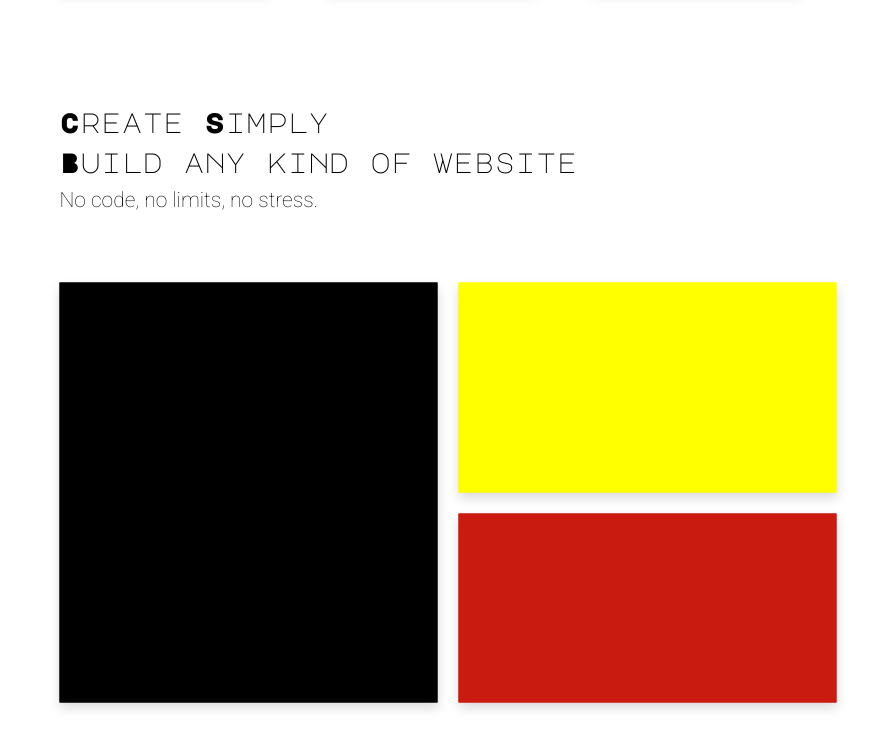
Repository: latenightsnacc/TriSpace
Page: home.html
These files come from the project's save history. The page is drawn as it stood at one moment and after the next save; the edit follows.
The browser window is 1280 px wide. The pictures show the part of the page from y = 2201 to 4121 px (the page is 3253 px tall before and 4121 px after), at 70% of full size.
The style sheet was rebuilt from its Sass, Less or Tailwind sources for each picture, by a compiler version that may differ from the author's.

Above is the page before, as saved 2020-11-20 10:07:00.

### home.html
<!DOCTYPE html>
<html lang="en">
<head>
    <meta charset="UTF-8">
    <meta name="viewport" content="width=device-width, initial-scale=1.0">
    <!--Tailwind CDN-->
    <link rel="stylesheet" href="https://cdnjs.cloudflare.com/ajax/libs/tailwindcss/1.9.6/base.min.css" integrity="sha512-hEjkvMSM0ql6VJcNK0gTmjt9ar8F2yHeBUbJKtyvQhkkbGMhiJ4+MaiB8XxsthLAHJx5vy2I9dN0un8HiWG2LA==" crossorigin="anonymous" />
    <link rel="stylesheet" href="https://cdnjs.cloudflare.com/ajax/libs/tailwindcss/1.9.6/components.min.css" integrity="sha512-TizAONqhvXjEfRPhptSUkZNVU497PzAnXNGNUoeOjeni4dHpJ+ak+ZsyoGna20LH/yg1PvdufN1VbnVQeVDftg==" crossorigin="anonymous" />
    <link rel="stylesheet" href="https://cdnjs.cloudflare.com/ajax/libs/tailwindcss/1.9.6/tailwind.css" integrity="sha512-HY1FOTeAX9idUBWDhVDrBg8QUHBisKVQ4BCVj1jFo5z76mk87w4Rr5YGP8nBkcGmoMzqYvdeXHMOg/olF45z3g==" crossorigin="anonymous" />
    <link rel="stylesheet" href="https://cdnjs.cloudflare.com/ajax/libs/tailwindcss/1.9.6/utilities.min.css" integrity="sha512-0QJfuLKyYJWGB5hKArJW67xqMLDlR8YaLM/ZuW2mRn4NRwHNsGm7UuREc5Fu7jONHyewPKnGODY0N8G+FQbfxg==" crossorigin="anonymous" />
    <!--Bootstrap CDN-->
    <link rel="stylesheet" href="https://cdn.jsdelivr.net/npm/bootstrap@4.5.3/dist/css/bootstrap.min.css" integrity="sha384-TX8t27EcRE3e/ihU7zmQxVncDAy5uIKz4rEkgIXeMed4M0jlfIDPvg6uqKI2xXr2" crossorigin="anonymous">
    <!--Custom Stylesheet-->
    <link rel="stylesheet" href="styles/stylesheet.css">
    <!--Favicon-->
    <link rel="shortcut icon" href="assets/Logo/TriSpaceIcon.png" type="image/x-icon">
    <title>Home</title>
</head>
<body>
    <!--Wrapper-->
    <div class="wrapper mx-auto">
        <!--Navbar-->
        <nav class="navbar navbar-expand-lg navbar-light fixed-top p-3 mb-5 bg-white rounded" id="navbar">
            <div class="container align-middle">
                <a class="navbar-brand" href="index.html">
                    <img src="assets/Logo/TriSpaceMobileLogo1.png" alt="TriSpace Logo" height="40px" width="70px"/>
                </a>
                <button class="navbar-toggler" type="button" data-toggle="collapse" data-target="#navbarNavDropdown" aria-controls="navbarNavDropdown" aria-expanded="false" aria-label="Toggle navigation">
                <span class="navbar-toggler-icon"></span>
                </button>
                <div class="collapse navbar-collapse" id="navbarNavDropdown">
                <ul class="navbar-nav nav-menu ml-auto align-middle">
                    <li class="nav-item active mr-3">
                    <a class="nav-link" href="index.html">Home</a>
                    </li>
                    <li class="nav-item dropdown mr-3">
                        <a class="nav-link dropdown-toggle" href="products.html" id="navbarDropdownMenuLink" role="button" data-toggle="dropdown" aria-haspopup="true" aria-expanded="false">
                        Products
                        </a>
                        <div class="dropdown-menu" aria-labelledby="navbarDropdownMenuLink">
                        <a class="dropdown-item" href="#">Blog</a>
                        <a class="dropdown-item" href="#">Website</a>
                        <a class="dropdown-item" href="#">E-commerce</a>
                        <a class="dropdown-item" href="#">Domain</a>
                        <a class="dropdown-item" href="#">Hosting</a>
                        </div>
                    </li>
                    <li class="nav-item mr-3">
                    <a class="nav-link" href="pricing.html">Pricing</a>
                    </li>
                    <li class="nav-item mr-3">
                        <a class="nav-link" href="#">Login</a>
                    </li>
                    <li class="nav-item mr-3">
                        <a class="nav-link btn blue text-white px-4 py-3 hover:shadow-2xl" href="#">Get Started</a>
                    </li>
                </ul>
                </div>
            </div>
        </nav>
        <!-- End of Navbar-->

        <!--Banner-->
        <div class="min-h-screen  mt-5" id="banner">
            <div class="container">
                <div class="row pt-5">
                    <!--Banner Text-->
                    <div class="col-xs-12 col-s-12 col-md-6 col-lg-6 col-xl-6">
                        <div class="text-box banner-txt">
                            <h1 class="">Grow your business.<br/> Anywhere, anytime.</h1>
                            <h5 class="span-title py-3 text-2l">Get started for free on TriSpace</h5>
                            <button class="bg-black hover:bg-blue-500 text-white font-bold py-3 px-5 rounded">Start</button>
                        </div>
                    </div>
                    <!--Banner Image-->
                    <div class="col-xs-12 col-s-12 col-md-6 col-lg-6 col-xl-6">
                        <a href="#">
                            <img class="banner-img" src="" alt="banner image"/>
                        </a>
                    </div>
                </div>
            </div>
        </div>
        <!--End of Banner-->

        <!--Services-->
        <div class="min-h-screen mt-5 mb-5" id="services">
            <div class="container">
                <div class="absolute-box">
                    <div class="title-box text-center mb-5">
                        <h2 class="section-title pb-5">Start <span class="section-title">website. </span><span class="color">Sell your products.</span><br/><span class="color">Start a blog.</span> </h2>
                    </div>
                    <div class="images">
                        <div class="img-1 ">
                            <a href="#">
                                <img src="assets/Template-1.jpg" alt="Build a website" />
                            </a>
                        </div>
                        <div class="img-2 motion-reduce:animate-bounce">
                            <a href="#">
                                <img src="assets/Template-1.jpg" alt="Build a website" />
                            </a>
                        </div>
                        <div class="img-3">
                            <a href="#">
                                <img src="assets/Template-1.jpg" alt="Build a website" />
                            </a>
                        </div>
                    </div>
                </div>
            </div>
        </div>
        <!--End of Services-->

         <!--Responsive Design-->
        <div class="min-h-screen mt-5 mb-5" id="themes">
            <div class="container">
                <div class="title-box">
                    <h2 class="section-title">Stand Out <span class="text-4xl span-title">with our responsive professionally designed themes.</h2>
                </div>
                <div class="row">
                    <div class="col-xs-12 col-s-12 col-md-6 col-lg-4 col-xl-4">
                        <div class="clear-box"></div>
                    </div>
                    <div class="col-xs-12 col-s-12 col-md-6 col-lg-4 col-xl-4">
                        <div class="clear-box"></div>
                    </div>
                    <div class="col-xs-12 col-s-12 col-md-6 col-lg-4 col-xl-4">
                        <div class="clear-box"></div>
                    </div>
                    <div class="col-xs-12 col-s-12 col-md-6 col-lg-4 col-xl-4 mt-5">
                        <div class="clear-box"></div>
                    </div>
                    <div class="col-xs-12 col-s-12 col-md-6 col-lg-4 col-xl-4 mt-5">
                        <div class="clear-box"></div>
                    </div>
                    <div class="col-xs-12 col-s-12 col-md-6 col-lg-4 col-xl-4 mt-5">
                        <div class="clear-box"></div>
                    </div>
                </div>
            </div>
        </div>
        <!--End of R.D-->

        <!--Templates-->
        <div class="min-h-screen mt-5 mb-5" id="templates">
            <div class="container">
                <div class="title-box mb-5">
                    <h2 class="section-title">Create Simply </h2>
                    <h4 class="section-title">Build any kind of website</h4>
                    <p class="span-title">No code, no limits, no stress.</p>
                </div>
                <div class="row">
                    <div class="col-xs-12 col-s-12 col-md-6 col-lg-6 col-xl-6">
                        <div id="clr1" class="text-center mt-5">
                        </div>
                    </div>
                    <div class="col-xs-12 col-s-12 col-md-6 col-lg-6 col-xl-6">
                        <div class="row flex-wrap">
                            <div class="col-xs-12 col-s-12 col-md-12 col-lg-12 col-xl-12">
                                <div id="clr2" class="mt-5">

                                </div>
                            </div>
                            <div class="col-xs-12 col-s-12 col-md-12 col-lg-12 col-xl-12">
                                <div id="clr3">

                                </div>
                            </div>
                        </div>
                    </div>
                </div>
            </div>
        </div>
        <!--End of Templates-->
    </div>
    <!--Bootstrap Scripts-->
    <script src="https://code.jquery.com/jquery-3.5.1.slim.min.js" integrity="sha384-DfXdz2htPH0lsSSs5nCTpuj/zy4C+OGpamoFVy38MVBnE+IbbVYUew+OrCXaRkfj" crossorigin="anonymous"></script>
    <script src="https://cdn.jsdelivr.net/npm/popper.js@1.16.1/dist/umd/popper.min.js" integrity="sha384-9/reFTGAW83EW2RDu2S0VKaIzap3H66lZH81PoYlFhbGU+6BZp6G7niu735Sk7lN" crossorigin="anonymous"></script>
    <script src="https://cdn.jsdelivr.net/npm/bootstrap@4.5.3/dist/js/bootstrap.min.js" integrity="sha384-w1Q4orYjBQndcko6MimVbzY0tgp4pWB4lZ7lr30WKz0vr/aWKhXdBNmNb5D92v7s" crossorigin="anonymous"></script>
    <script src="js/main.js"></script>
</body>

### js/main.js
var position = $(window).scrollTop();
// $(".logo-mobile").hide();
// $('.logo-web').attr('src', "assets/Logo/ceelesslogoblack2.png").width('170px');
// should start at 0

$(window).scroll(function() {
    var scroll = $(window).scrollTop();

    // if( scroll > position ){
    //     $('.navbar').addClass('bg-light');
    //     $(".logo-web").fadeOut('slow');
    //     $(".logo-mobile").fadeIn('slow');
    // } else {
    //     $('.navbar').removeClass('bg-light');
    //     $(".logo-web").show();
    //     $(".logo-mobile").hide();
    // }

    if( scroll > position ){
        $('.navbar').removeClass('bg-transparent');
        $('.navbar').addClass('shadow-lg bg-white');
        // $('.logo-web').attr('src', "assets/Logo/ceeiconblack.png").height('25px').width('auto').addClass('fade-in');
    } else {
        $('.navbar').removeClass('shadow-lg bg-white');
        $('.navbar').addClass('bg-transparent');


    }
    // position = scroll;
});

### styles/stylesheet.scss
@import'variables';

*{
    box-sizing: border-box;
    margin: 0;
    padding: 0;
    text-decoration: none;
    list-style: none;
    font-family: $font3;
    button {
        outline: none;
    }
    a {
        text-decoration: none;
        &:hover {
            text-decoration: none;
        }
    }

    button {
        font-family: $font3;
    }
}

.navbar-light .navbar-nav .active>.nav-link, .navbar-light .navbar-nav .nav-link.active, .navbar-light .navbar-nav .nav-link.show, .navbar-light .navbar-nav .show>.nav-link, .nav-link, .dropdown-item {
    color: $blue !important;
    font-weight: 500;
    font-size: 17px;

    &:hover {
        text-transform: uppercase;


    }
}
a.btn {
    color: white !important;
    padding: 10px 40px;
    font-weight: bold;
    &:hover {
        text-transform: capitalize;
    }

}
// section#banner {
//     background: url('/HTML/assets/WaLine.png') ;
//     background-size: contain;
//     background-repeat: no-repeat;
//     background-position: center;
// }
.banner-txt {
    h1 {
        font-size: 54px;
        color: $blue;
        font-family: $font;
    }

}
img.banner-img {
    width: 400px;
    height: 500px;
}
.text-box {
    display: flex;
    flex-direction: column;
    height: 100%;
    justify-content: center;
    align-items: flex-start;
}
.section-title, span.color {
    font-size: 40px;
    font-family: $font2;
    color: $blue;

}
.span-title {
    font-family: $font3;
    font-size: 30px;
    color: $blue;
}
.absolute-box {
    position: relative;
    .images {
        position: absolute;
        width: 100%;
        height: 100%;

        img {
            width: 300px;
            height: 350px;
        }

        .img-1 {
            position: absolute;
            top: -30px;
            left: 0px;

        }
        .img-2 {
            position: absolute;
            top: 40px;
            left: 400px;

        }
        .img-3 {
            position: absolute;
            top: -30px;
            right: 0px;

        }
    }
}
#clr1 {
    background-color: $blue;
    width: 100%;
    height: 600px;
    border: 1px solid $blue;
    box-shadow: 0 .5rem 1rem rgba(0,0,0,.15)!important;
}
#clr2 {
    background-color: $yellow;
    width: 100%;
    height: 300px;
    border: 1px solid $yellow;
    margin-bottom: 30px;
    box-shadow: 0 .5rem 1rem rgba(0,0,0,.15)!important;
}
#clr3 {
    background-color: $red;
    width: 100%;
    height: 270px;
    border: 1px solid $red;
    box-shadow: 0 .5rem 1rem rgba(0,0,0,.15)!important;
}
.clear-box {
    width: 300px;
    height: 250px;
    border: 1px solid $blue;
    box-shadow: 0 .5rem 1rem rgba(0,0,0,.15)!important;
}

.price-card {
    border: 1px solid $blue;
    &:hover {
        border: 2px solid $blue;
        transition: all border 1000ms ease-in ;
    }
}

.wavy {
    position: relative;
    background: $blue;
    width: 100%;
    overflow: hidden;

}

#topcurve {
    position: absolute;
    bottom: 0;
    width: 100%;
}

#topcurve path {
    fill: $yellow;
}
.blue {
    background-color: $blue;
    color: $primary;
}
section.wave {
    width: 100%;
    min-height: 200px;
}
.wave {
    position: relative;
    // background: $blue;
    &::before {
        content: '';
        position: absolute;
        bottom: 0;
        left: 0;
        width: 100%;
        height: 100px;

    }

}

### styles/_variables.scss
@import url('https://fonts.googleapis.com/css2?family=Chewy&display=swap');
@import url('https://fonts.googleapis.com/css2?family=Major+Mono+Display&display=swap');
@import url('https://fonts.googleapis.com/css2?family=Roboto:wght@100&display=swap');
$font: -apple-system, BlinkMacSystemFont, 'Segoe UI', Roboto, Oxygen, Ubuntu, Cantarell, 'Open Sans', 'Helvetica Neue', sans-serif;
$FONT1: 'Chewy', cursive;
$font2: 'Major Mono Display', monospace;
$font3: 'Roboto', sans-serif;
$primary: #fff;
$darkB: #02081d;
$lightB: #cce1ea;
//$blue: #0263e4;
$blue: black;
$red: #ca1b11;
$yellow : yellow;
$dB: #081a5a;

After the next save:
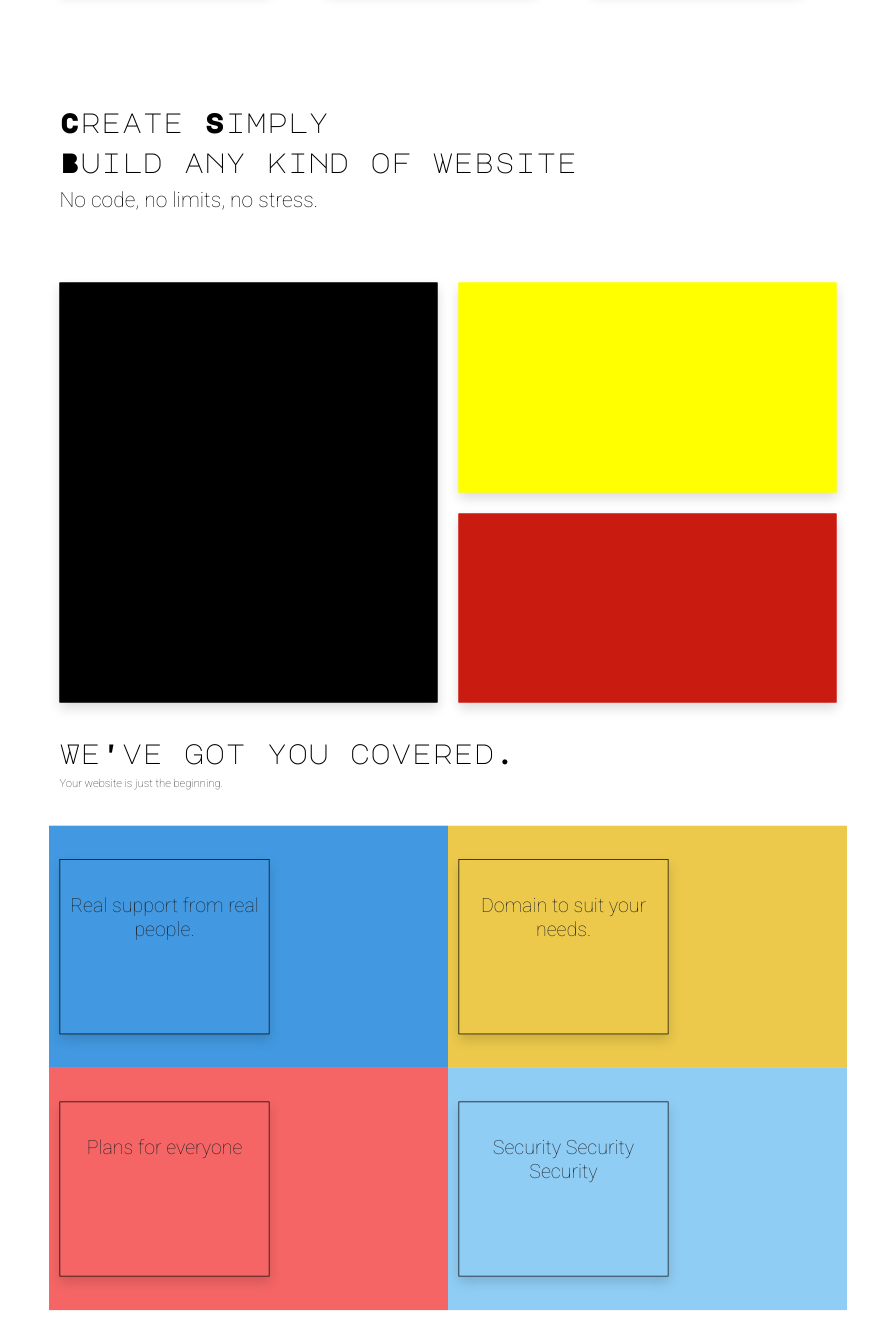
Saved 25 s later.
--- a/home.html
+++ b/home.html
@@ -173,6 +173,41 @@
             </div>
         </div>
         <!--End of Templates-->
+
+        <!--Why TriSpace-->
+        <div class="min-h-screen mt-5 mb-5" id="services">
+            <div class="container">
+                <div class="title-box mb-5">
+                    <h2 class="section-title">We've got you covered.</h2>
+                    <p>Your website is just the beginning.</p>
+                </div>
+                <div class="row">
+                    <div class="col-xs-12 col-s-12 col-md-6 col-lg-6 col-xl-6 bg-blue-500">
+                        <div class="clear-box mt-5 mb-5">
+                            <h3 class="text-center pt-5">Real support from real people.</h3>
+                        </div>
+                    </div>
+                    <div class="col-xs-12 col-s-12 col-md-6 col-lg-6 col-xl-6 bg-yellow-500">
+                        <div class="clear-box mt-5 mb-5">
+                            <h3 class="text-center pt-5">Domain to suit your needs.</h3>
+                        </div>
+                    </div>
+                    <div class="col-xs-12 col-s-12 col-md-6 col-lg-6 col-xl-6 bg-red-500">
+                        <div class="clear-box mt-5 mb-5">
+                            <h3 class="text-center pt-5">Plans for everyone</h3>
+                        </div>
+                    </div>
+                    <div class="col-xs-12 col-s-12 col-md-6 col-lg-6 col-xl-6 bg-blue-300">
+                        <div class="clear-box mt-5 mb-5">
+                            <h3 class="text-center pt-5">Security Security Security</h3>
+                        </div>
+                    </div>
+                </div>
+            </div>
+        </div>
+        <!--End of Why TriSpace-->
+
+
     </div>
     <!--Bootstrap Scripts-->
     <script src="https://code.jquery.com/jquery-3.5.1.slim.min.js" integrity="sha384-DfXdz2htPH0lsSSs5nCTpuj/zy4C+OGpamoFVy38MVBnE+IbbVYUew+OrCXaRkfj" crossorigin="anonymous"></script>
